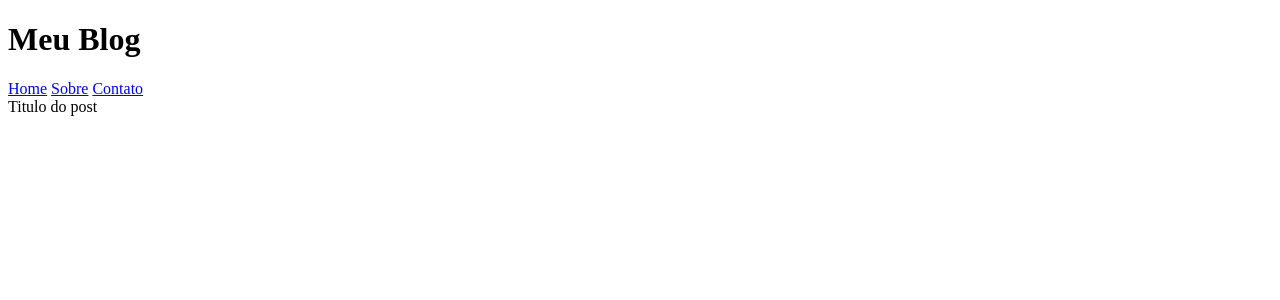
Repository: RenatoCCS/Mais1Code
Page: Rocketseat/Fundamentar/01 - O guia estelar de HTML/Desafios/Blog Post/index.html
An editor plug-in stored every save of this project. The page is shown before and after a run of saves, followed by the edit.
The browser window is 1280 px wide. The pictures show the whole page.

Above is the page before, as saved 2022-04-05 21:11:34.

### Rocketseat/Fundamentar/01 - O guia estelar de HTML/Desafios/Blog Post/index.html
<!DOCTYPE html>
<html lang="en">
<head>
    <meta charset="UTF-8">
    <meta http-equiv="X-UA-Compatible" content="IE=edge">
    <meta name="viewport" content="width=device-width, initial-scale=1.0">
    <title>Blog Post</title>
</head>
<body>
    <header>
        <h1>Meu Blog</h1>
        <a href="#">Home</a>
        <a href="#">Sobre</a>
        <a href="#">Contato</a>
    </header>

    <article>Titulo do post




    </article>


</body>
</html>

After the next 4 saves:
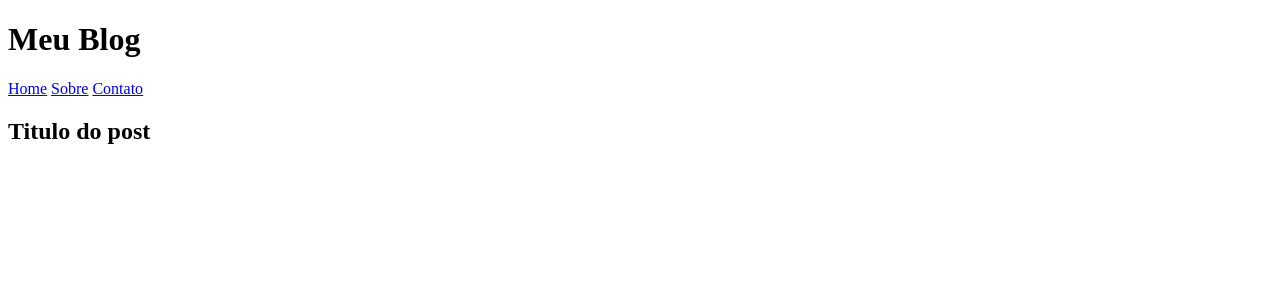
The 4 saves are shown as one change because they came seconds apart.
The last was saved 19 s later.
--- a/Rocketseat/Fundamentar/01 - O guia estelar de HTML/Desafios/Blog Post/index.html
+++ b/Rocketseat/Fundamentar/01 - O guia estelar de HTML/Desafios/Blog Post/index.html
@@ -14,7 +14,7 @@
         <a href="#">Contato</a>
     </header>
 
-    <article>Titulo do post
+    <article><h2>Titulo do post</h2>
 
 
 
